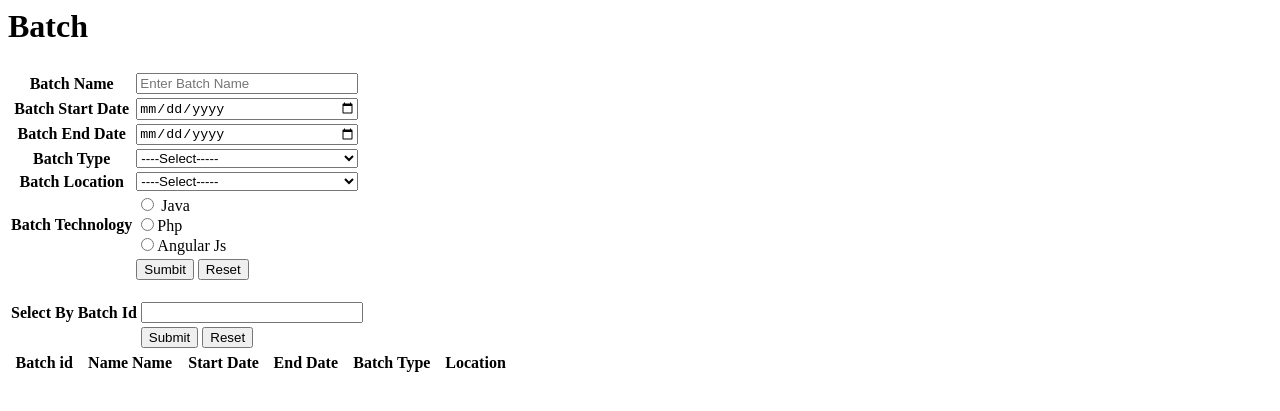
Repository: Dipak27/Dipak-s-front-end
Page: http://localhost/Traning_Management/batchcreate.jsp
These files come from the project's save history. The page is drawn as it stood at one moment and after the next save; the edit follows.
The browser window is 1280 px wide. The pictures show the whole page.
The page is served by Tomcat 9.

Above is the page before, as saved 2016-11-10 04:58:35.

After the next save:
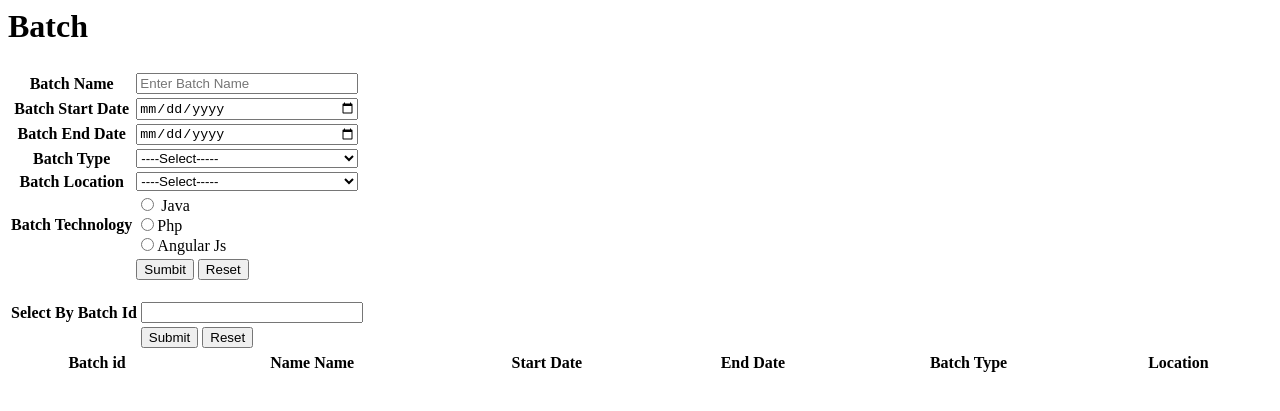
Saved 12 s later.
--- a/Training Management Project/Traning_Management/src/main/webapp/batchcreate.jsp
+++ b/Training Management Project/Traning_Management/src/main/webapp/batchcreate.jsp
@@ -126,7 +126,7 @@
 										</tr>
 
 
-												<table border='0' width='40%' class='table11'>
+												<table border='0' width='100%' class='table11'>
 												<tr>
 														<th>Batch id</th>
 														<th>Name Name</th>
